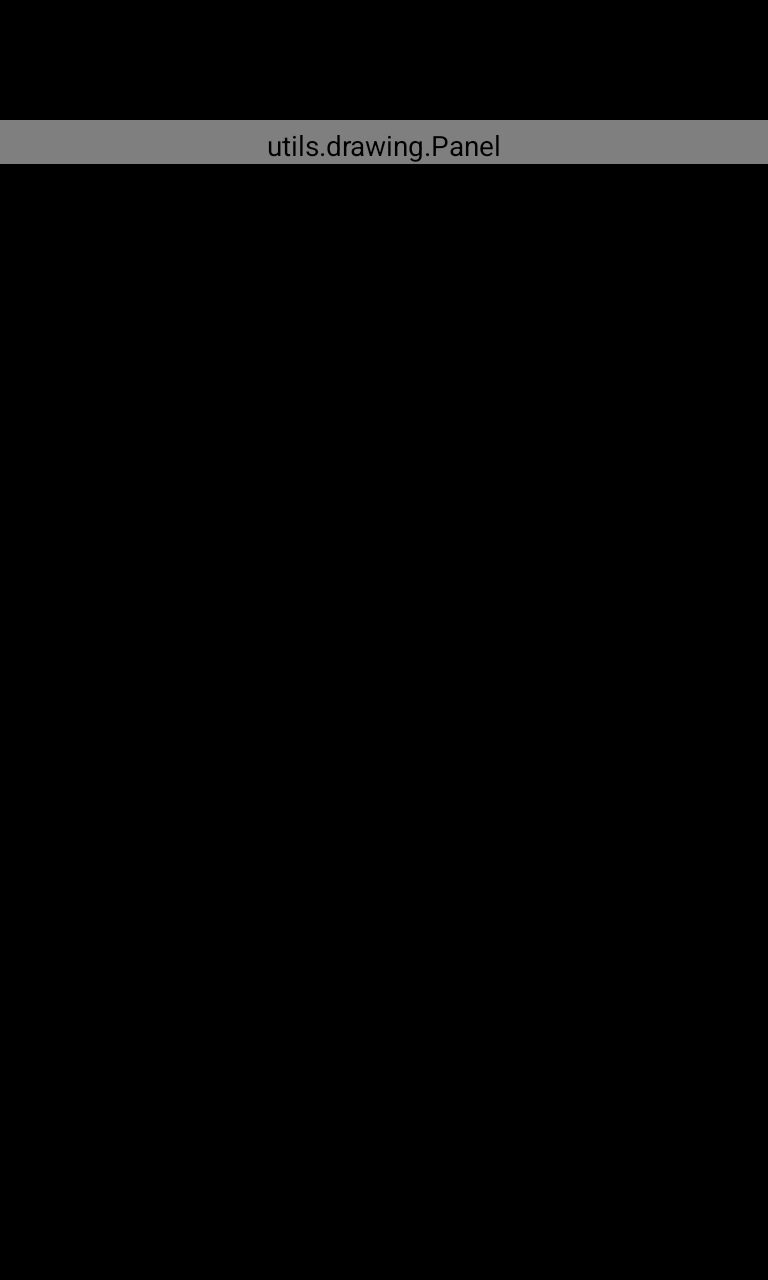
Repository: matthew-robertson/PhysLab
Layout: Phys Lab/Phys Lab/res/layout/activity_graphing.xml
An editor plug-in stored every save of this project. The layout is shown before and after the next save, followed by the edit.
Pictures or frames that could not be fetched are drawn as grey boxes. It is drawn on a 768 x 1280 px phone screen (xhdpi) without system bars, with theme android:Theme.Holo; the app's code is not run.

Above is the layout before, as saved 2013-01-20 05:09:25.

### Phys Lab/Phys Lab/res/layout/activity_graphing.xml
<RelativeLayout xmlns:android="http://schemas.android.com/apk/res/android"
    xmlns:tools="http://schemas.android.com/tools"
    android:layout_width="match_parent"
    android:layout_height="match_parent" >

    <TabHost
        android:id="@+id/tabHost"
        android:layout_width="fill_parent"
        android:layout_height="fill_parent" >

        <TabWidget
            android:id="@android:id/tabs"
            android:layout_width="fill_parent"
            android:layout_height="wrap_content" />

        <FrameLayout
            android:id="@android:id/tabcontent"
            android:layout_width="fill_parent"
            android:layout_height="fill_parent" >

            <!-- Data Tab -->

            <LinearLayout
                android:id="@+id/data_tab"
                android:layout_width="fill_parent"
                android:layout_height="wrap_content"
                android:orientation="vertical"
                android:paddingTop="60dp" >

                <ScrollView
                    xmlns:android="http://schemas.android.com/apk/res/android"
                    android:id="@+id/scroller"
                    android:layout_width="fill_parent"
                    android:layout_height="fill_parent"
                    android:fillViewport="true" >

                    <TableLayout
                        android:id="@+id/table_layout_data"
                        android:layout_width="match_parent"
                        android:layout_height="wrap_content"
                        android:padding="5dp"
                        android:stretchColumns="0,1" >
                    </TableLayout>
                </ScrollView>
            </LinearLayout>

            <!-- Tab 1 (Position/Time) -->

            <LinearLayout
                android:id="@+id/tab1"
                android:layout_width="fill_parent"
                android:layout_height="wrap_content"
                android:orientation="vertical"
                android:paddingTop="60dp" >

                <com.androidplot.xy.XYPlot
                    android:id="@+id/mySimpleXYPlot"
                    android:layout_width="fill_parent"
                    android:layout_height="wrap_content"
                    title="" />
            </LinearLayout>

            <!-- Velocity Time -->

            <LinearLayout
                android:id="@+id/tab2"
                android:layout_width="fill_parent"
                android:layout_height="fill_parent"
                android:orientation="vertical"
                android:paddingTop="60dp" >

                <utils.drawing.Panel
                    android:id="@+id/panel_velocity_time"
                    android:layout_width="fill_parent"
                    android:layout_height="wrap_content"
                    android:layout_marginLeft="0dp"
                    android:layout_marginRight="0dp"
                    android:layout_marginTop="3dp"
                    android:background="#FFFFFF" />
            </LinearLayout>

            <!-- Velocity Time -->

            <LinearLayout
                android:id="@+id/tab_x"
                android:layout_width="fill_parent"
                android:layout_height="fill_parent"
                android:orientation="vertical"
                android:paddingTop="60dp" >

                <utils.drawing.Panel
                    android:id="@+id/panel_x_time"
                    android:layout_width="fill_parent"
                    android:layout_height="wrap_content"
                    android:layout_marginLeft="0dp"
                    android:layout_marginRight="0dp"
                    android:layout_marginTop="3dp"
                    android:background="#FFFFFF" />
            </LinearLayout>

            <!-- Velocity Time -->

            <LinearLayout
                android:id="@+id/tab_y"
                android:layout_width="fill_parent"
                android:layout_height="fill_parent"
                android:orientation="vertical"
                android:paddingTop="60dp" >

                <utils.drawing.Panel
                    android:id="@+id/panel_y_time"
                    android:layout_width="fill_parent"
                    android:layout_height="wrap_content"
                    android:layout_marginLeft="0dp"
                    android:layout_marginRight="0dp"
                    android:layout_marginTop="3dp"
                    android:background="#FFFFFF" />
            </LinearLayout>

            <!-- Tab 3 -->
            <!--
            <LinearLayout
                android:id="@+id/tab3"
                android:layout_width="fill_parent"
                android:layout_height="fill_parent"
                android:orientation="vertical"
                android:paddingTop="60dp" >

                <utils.drawing.Panel
                    android:id="@+id/panel_acceleration_time"
                    android:layout_width="fill_parent"
                    android:layout_height="wrap_content"
                    android:layout_marginLeft="0dp"
                    android:layout_marginRight="0dp"
                    android:layout_marginTop="3dp"
                    android:background="#FFFFFF" />
            </LinearLayout>
            -->
        </FrameLayout>
    </TabHost>

</RelativeLayout>

After the next save:
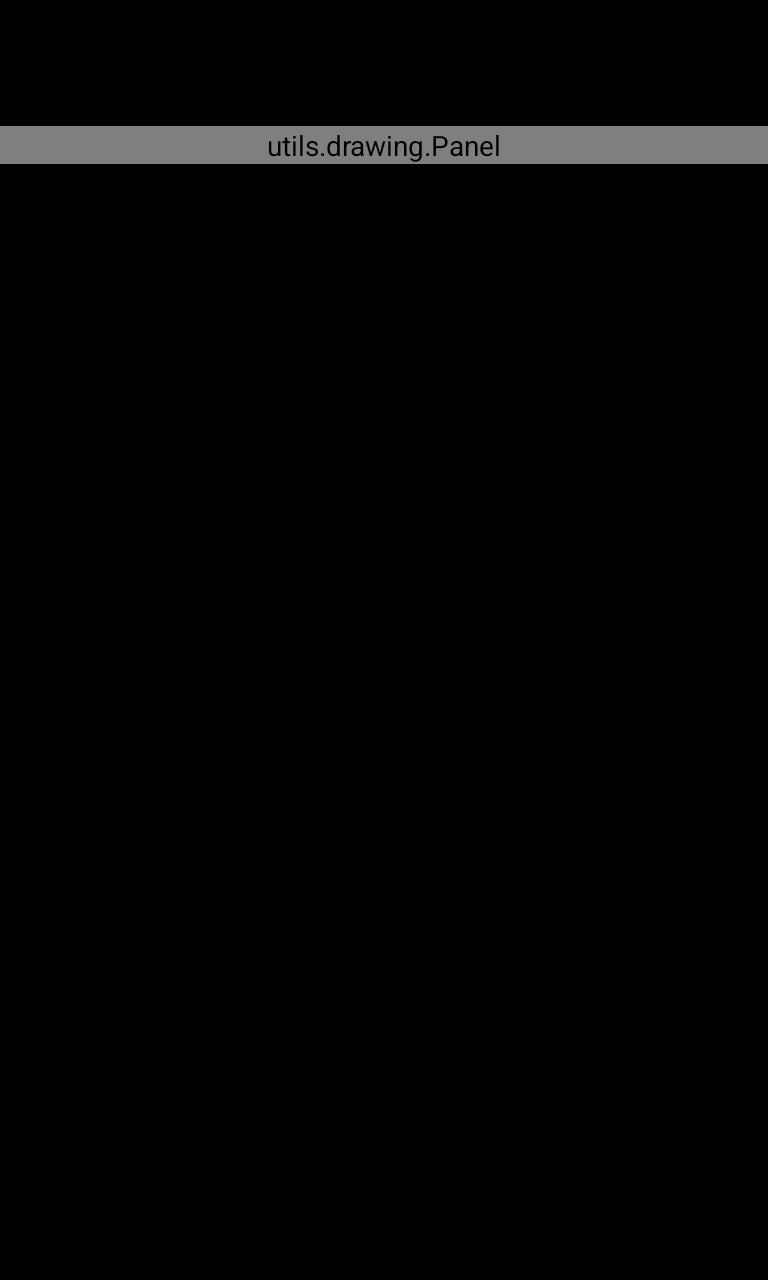
Saved 62 s later.
--- a/Phys Lab/Phys Lab/res/layout/activity_graphing.xml
+++ b/Phys Lab/Phys Lab/res/layout/activity_graphing.xml
@@ -56,7 +56,10 @@
                 <com.androidplot.xy.XYPlot
                     android:id="@+id/mySimpleXYPlot"
                     android:layout_width="fill_parent"
-                    android:layout_height="wrap_content"
+                    android:layout_height="fill_content"
+                    android:layout_marginTop="0px"
+    android:layout_marginLeft="0px"
+    android:layout_marginRight="0px"
                     title="" />
             </LinearLayout>
 

After the save that followed:
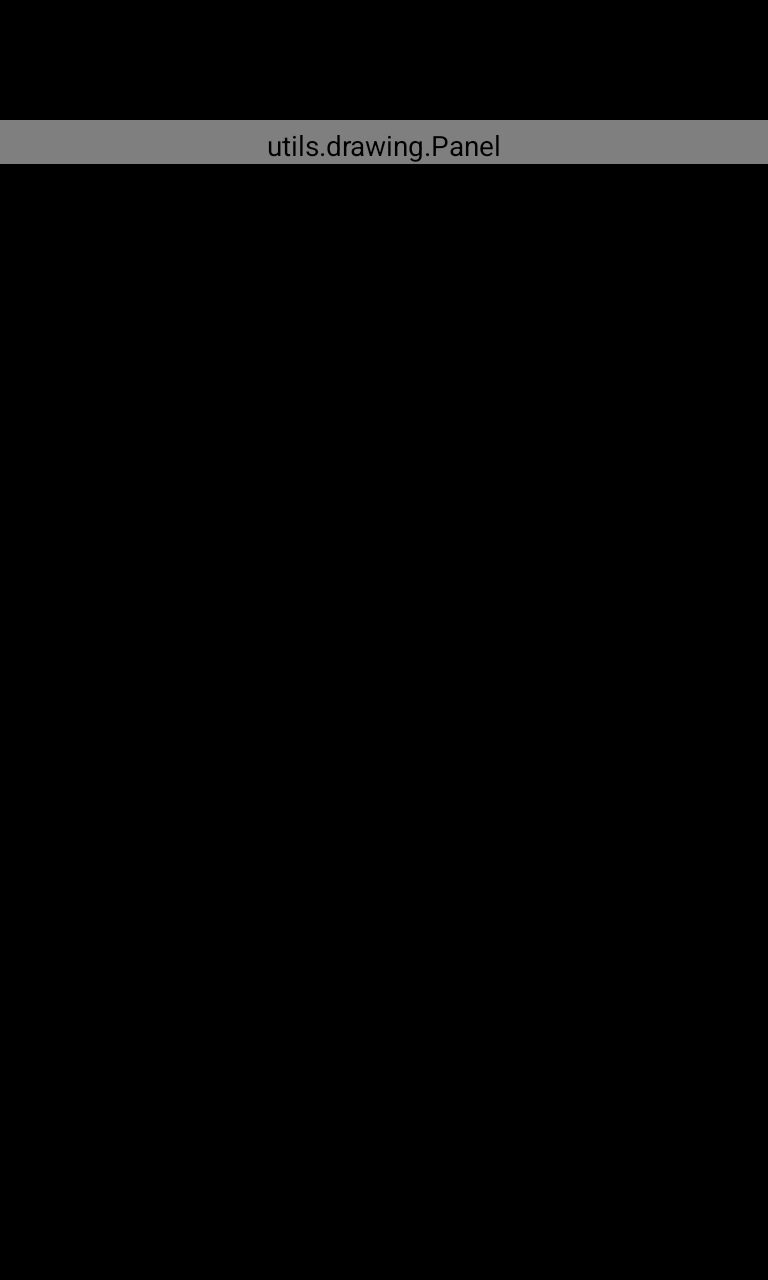
Saved 13 s later.
--- a/Phys Lab/Phys Lab/res/layout/activity_graphing.xml
+++ b/Phys Lab/Phys Lab/res/layout/activity_graphing.xml
@@ -56,7 +56,7 @@
                 <com.androidplot.xy.XYPlot
                     android:id="@+id/mySimpleXYPlot"
                     android:layout_width="fill_parent"
-                    android:layout_height="fill_content"
+                    android:layout_height="fill_parent"
                     android:layout_marginTop="0px"
     android:layout_marginLeft="0px"
     android:layout_marginRight="0px"
